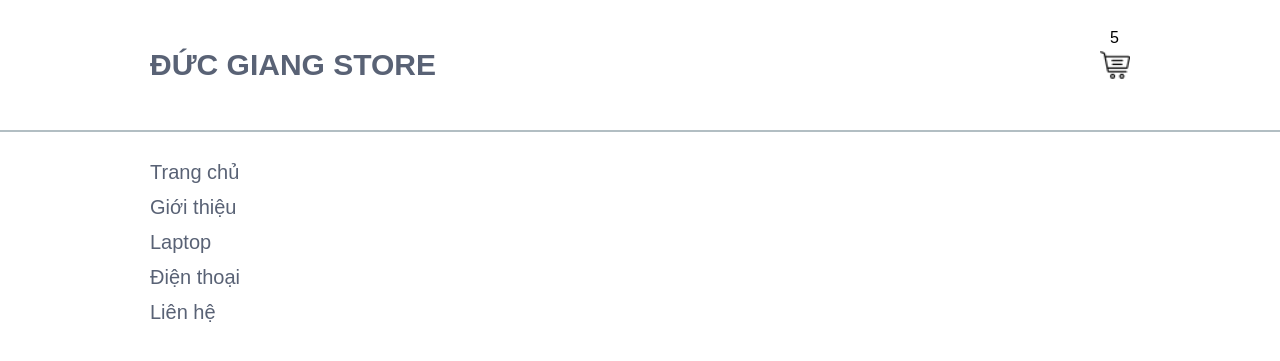
Repository: Giangattt123/PHP
Page: http://localhost/?page=home
An editor plug-in stored every save of this project. The page is shown before and after the next save, followed by the edit.
The browser window is 1280 px wide. The pictures show the whole page.
Some web libraries are served in a nearby version. The page is run by PHP 8.4 with error messages shown; the project is at /var/www/html/.

Above is the page before, as saved 2023-03-17 22:38:21.

After the next save:
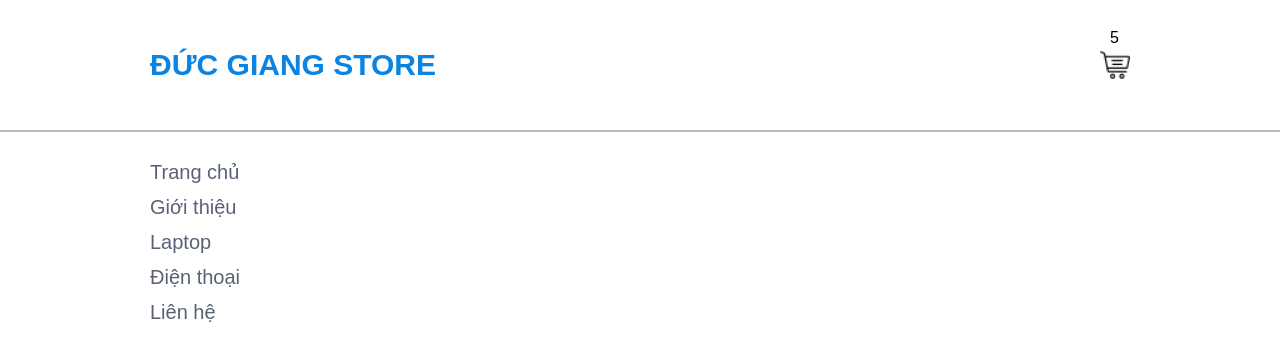
Saved 11 s later.
--- a/PHP_Shopping-Cart/Shopping_Cart/public/css/style.css
+++ b/PHP_Shopping-Cart/Shopping_Cart/public/css/style.css
@@ -21,7 +21,7 @@ img {
   padding: 50px 0px;
   /* border-bottom: 1px solid #f00; */
 }
-.item-left {
+.item-left .logo {
   font-size: 3rem;
   color: #0984e3;
   font-weight: bold;
